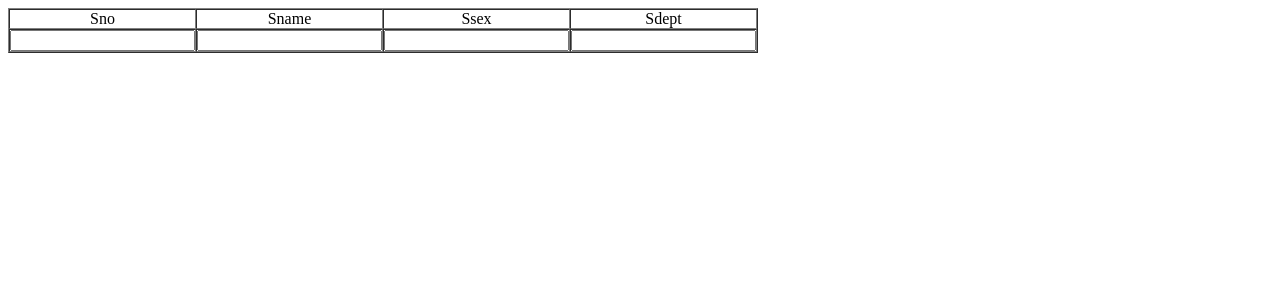
Repository: YuHaoXiang/Yhx
Page: http://localhost/StudentMsg/add.jsp
These files come from the project's save history. The page is drawn as it stood at one moment and after the next save; the edit follows.
The browser window is 1280 px wide. The pictures show the whole page.
The page is served by Tomcat 9. Other server files are loaded and not shown.

Above is the page before, as saved 2016-03-04 06:08:56.

### StudentMsg/WebContent/add.jsp
<%@ page language="java" contentType="text/html; charset=ISO-8859-1"
    pageEncoding="ISO-8859-1"%>
<!DOCTYPE html PUBLIC "-//W3C//DTD HTML 4.01 Transitional//EN" "http://www.w3.org/TR/html4/loose.dtd">
<html>
<head>
<meta http-equiv="Content-Type" content="text/html; charset=ISO-8859-1">
<title>Insert title here</title>
</head>
<%
	String no = request.getParameter("no");
	String name = request.getParameter("name");
	String sex = request.getParameter("sex");
	String dept = request.getParameter("dept");

	String sql = "INSERT INTO Strudent VALUES("+ no+"," + name+"," + sex+"," + dept+"," + ")";
%>
<body>
<table border="1" cellspacing="0" cellpadding="0" >
<tr>
	<td  align="center">Sno</td>
	<td  align="center">Sname</td>
	<td  align="center">Ssex</td>
	<td  align="center">Sdept</td>
</tr>

<tr>
	<td  align="center"><input type="text" name="no"></td>
	<td  align="center"><input type="text" name="name"></td>
	<td  align="center"><input type="text" name="sex"></td>
	<td  align="center"><input type="text" name="dept"></td>
</tr>
</table>
</body>
</html>

After the next save:
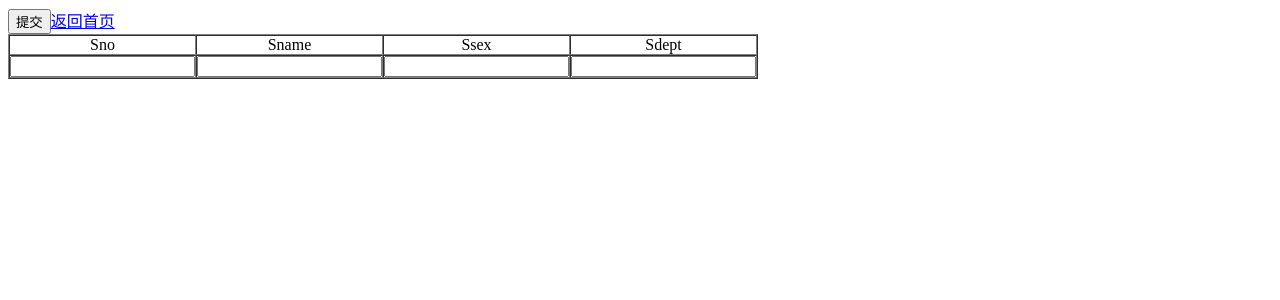
Saved 5 min 57 s later.
--- a/StudentMsg/WebContent/add.jsp
+++ b/StudentMsg/WebContent/add.jsp
@@ -1,9 +1,9 @@
-<%@ page language="java" contentType="text/html; charset=ISO-8859-1"
-    pageEncoding="ISO-8859-1"%>
+<%@ page language="java" contentType="text/html; charset=utf-8"
+    pageEncoding="utf-8"%>
 <!DOCTYPE html PUBLIC "-//W3C//DTD HTML 4.01 Transitional//EN" "http://www.w3.org/TR/html4/loose.dtd">
 <html>
 <head>
-<meta http-equiv="Content-Type" content="text/html; charset=ISO-8859-1">
+<meta http-equiv="Content-Type" content="text/html; charset=utf-8">
 <title>Insert title here</title>
 </head>
 <%
@@ -13,8 +13,10 @@
 	String dept = request.getParameter("dept");
 
 	String sql = "INSERT INTO Strudent VALUES("+ no+"," + name+"," + sex+"," + dept+"," + ")";
+
 %>
 <body>
+<form action="/StudentMsg/main.jsp" method="get ">
 <table border="1" cellspacing="0" cellpadding="0" >
 <tr>
 	<td  align="center">Sno</td>
@@ -29,6 +31,9 @@
 	<td  align="center"><input type="text" name="sex"></td>
 	<td  align="center"><input type="text" name="dept"></td>
 </tr>
+<tr><input type="submit" value="提交"></tr>
+<tr><a href="/StudentMsg/main.jsp">返回首页</a></tr>
 </table>
+</form>
 </body>
 </html>
